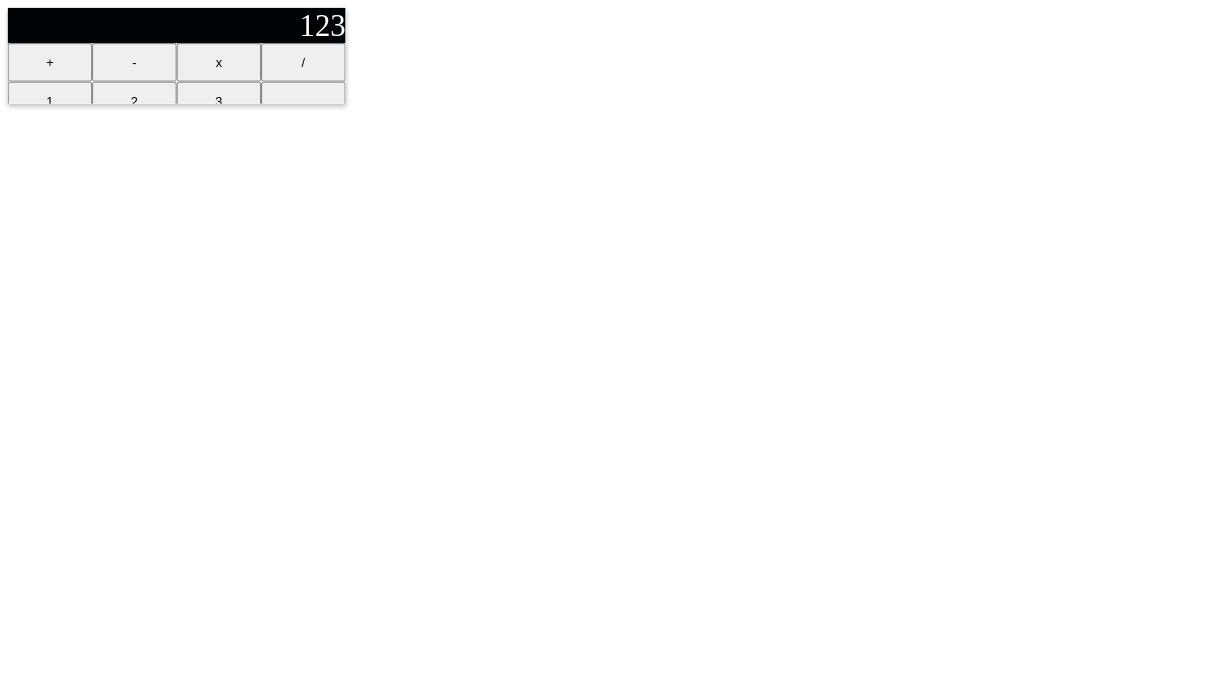
Repository: TEazy2433/LAB-calculator
Page: index.html
The author's editor kept a copy of each file at every save. The page is drawn from the files as they stood at one save, then again after the next save.
The browser window is 1280 px wide. The pictures show the whole page, at 96% of full size.

Above is the page before, as saved 2023-10-14 10:18:42.

After the next save:
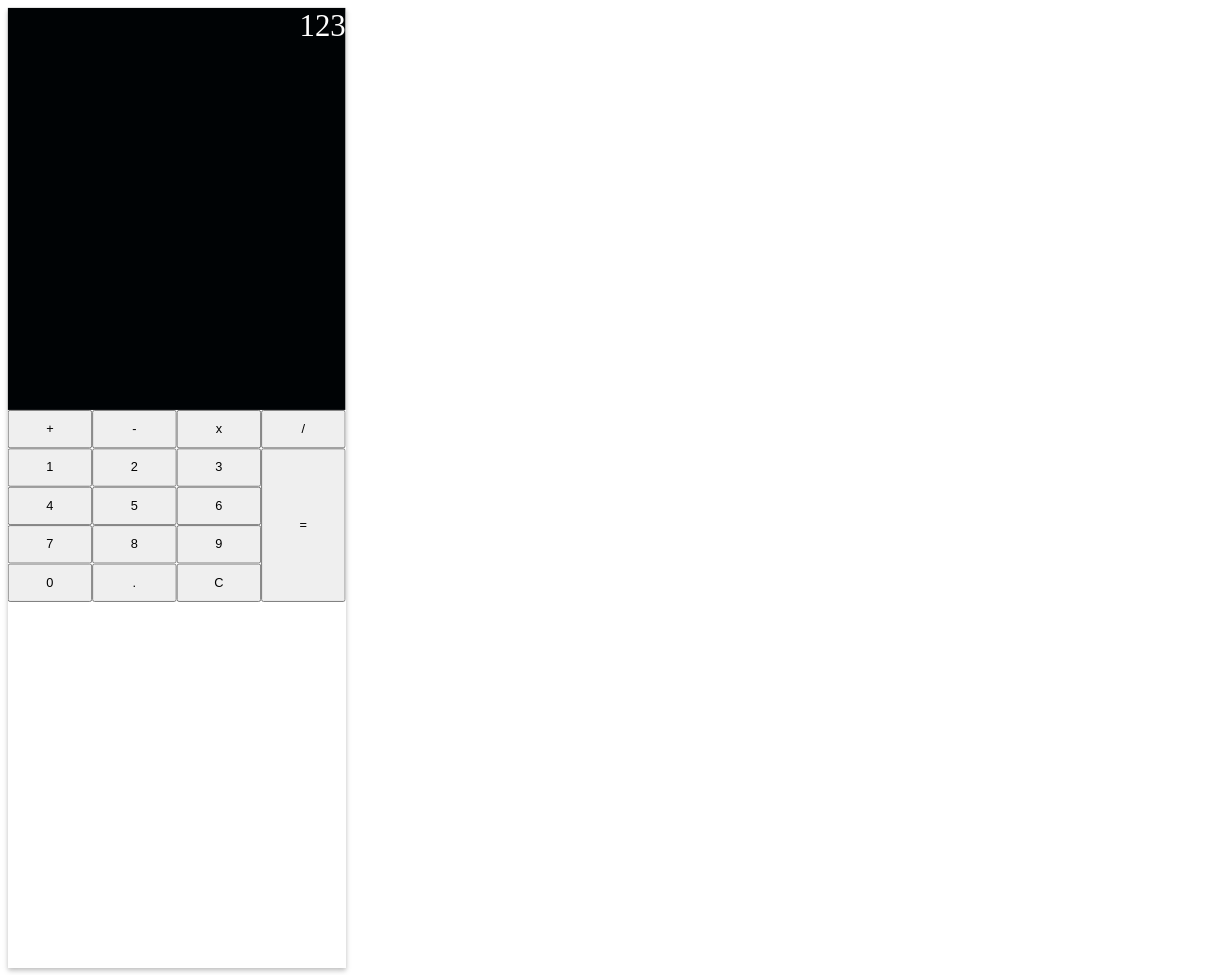
Saved 13 s later.
--- a/main.css
+++ b/main.css
@@ -4,7 +4,7 @@
   flex-wrap: wrap;
   max-inline-size: 22rem;
   box-shadow: 0px 3px 6px 0px rgba(0, 0, 0, 0.15), 0px 2px 4px 0px rgba(0, 0, 0, 0.12);
-  height: 100px;
+  height: 1000px;
 }
 .display{
   font-size: 2rem;
